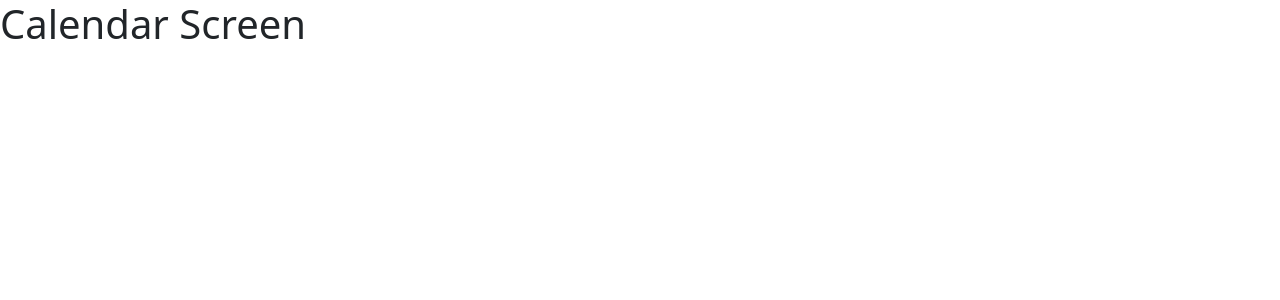
Repository: ivanmedina/react_udemy
Page: / (app in 08-calendar-app/)
An editor plug-in stored every save of this project. The page is shown before and after the next save, followed by the edit.
The browser window is 1280 px wide. The pictures show the whole page.
The project was rebuilt for these pictures with package versions that can differ from the ones it lists, and the page was loaded fresh each time. Also part of the build but not shown: 08-calendar-app/src/router/AppRouter.js. Imported but missing from the stored project, and not drawn on this page: 08-calendar-app/src/components/auth/LoginScreen.

Above is the page before, as saved 2021-06-21 14:10:33.

### 08-calendar-app/public/index.html
<!DOCTYPE html>
<html lang="en">
  <head>
    <meta charset="utf-8" />
    <link rel="icon" href="%PUBLIC_URL%/favicon.ico" />
    <meta name="viewport" content="width=device-width, initial-scale=1" />
    <meta name="theme-color" content="#000000" />
    <meta
      name="description"
      content="Web site created using create-react-app"
    />
    <link rel="apple-touch-icon" href="%PUBLIC_URL%/logo192.png" />
    <!--
      manifest.json provides metadata used when your web app is installed on a
      user's mobile device or desktop. See https://developers.google.com/web/fundamentals/web-app-manifest/
    -->
    <link rel="manifest" href="%PUBLIC_URL%/manifest.json" />
    <!--
      Notice the use of %PUBLIC_URL% in the tags above.
      It will be replaced with the URL of the `public` folder during the build.
      Only files inside the `public` folder can be referenced from the HTML.

      Unlike "/favicon.ico" or "favicon.ico", "%PUBLIC_URL%/favicon.ico" will
      work correctly both with client-side routing and a non-root public URL.
      Learn how to configure a non-root public URL by running `npm run build`.
    -->
    <link href="https://cdn.jsdelivr.net/npm/bootstrap@5.0.1/dist/css/bootstrap.min.css" rel="stylesheet" integrity="sha384-+0n0xVW2eSR5OomGNYDnhzAbDsOXxcvSN1TPprVMTNDbiYZCxYbOOl7+AMvyTG2x" crossorigin="anonymous">
    <link rel="stylesheet" href="https://cdnjs.cloudflare.com/ajax/libs/font-awesome/5.15.3/css/all.min.css" integrity="sha512-iBBXm8fW90+nuLcSKlbmrPcLa0OT92xO1BIsZ+ywDWZCvqsWgccV3gFoRBv0z+8dLJgyAHIhR35VZc2oM/gI1w==" crossorigin="anonymous" referrerpolicy="no-referrer" />
    <title>React App</title>
  </head>
  <body>
    <noscript>You need to enable JavaScript to run this app.</noscript>
    <div id="root"></div>
    <!--
      This HTML file is a template.
      If you open it directly in the browser, you will see an empty page.

      You can add webfonts, meta tags, or analytics to this file.
      The build step will place the bundled scripts into the <body> tag.

      To begin the development, run `npm start` or `yarn start`.
      To create a production bundle, use `npm run build` or `yarn build`.
    -->
  </body>
</html>

### 08-calendar-app/src/index.js
import React from 'react';
import ReactDOM from 'react-dom';
import { CalendarApp } from './CalendarApp';
ReactDOM.render(
    <CalendarApp />,
  document.getElementById('root')
);

### 08-calendar-app/src/CalendarApp.js
import React from 'react'
import {
  BrowserRouter as Router,
  Switch,
  Route,
  Redirect
} from "react-router-dom";
import { LoginScreen } from './components/auth/LoginScreen';
import { CalendarScreen } from './components/calendar/CalendarScreen';
import { AppRouter } from './router/AppRouter'
export const CalendarApp = () => {
    return (
        <Router >
            <div>
                <Switch>
                    <Route exact path='/login' component={LoginScreen}/>
                    <Route exact path='/' component={CalendarScreen}/>
                    <Redirect to='/' />
                </Switch>
            </div>
        </Router>
    )
}

### 08-calendar-app/src/components/calendar/CalendarScreen.js
import React from 'react'

export const CalendarScreen = () => {
    return (
        <div>
            <h1>Calendar     Screen</h1>
        </div>
    )
}

### 08-calendar-app/src/components/ui/Navbar.js
import React from 'react'

export const Navbar = () => {
    return (
        <div className="navbar navbar-dark bg-dark mb-4">
            <span className="navbar-brand">
                Ivanastro
            </span>
            <button className="btn btn-outline-danger">
                <i className="fas fa-sign-out-alt"></i>
                <span> Salir</span>
            </button>
        </div>
    )
}

After the next save:
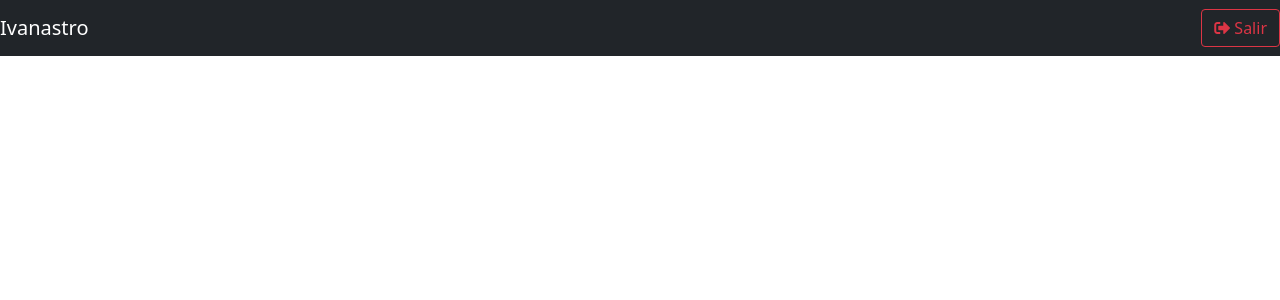
Saved 73 s later.
--- a/08-calendar-app/src/components/calendar/CalendarScreen.js
+++ b/08-calendar-app/src/components/calendar/CalendarScreen.js
@@ -1,9 +1,9 @@
 import React from 'react'
-
+import {Navbar} from './../ui/Navbar'
 export const CalendarScreen = () => {
     return (
         <div>
-            <h1>Calendar     Screen</h1>
+            <Navbar />
         </div>
     )
 }
